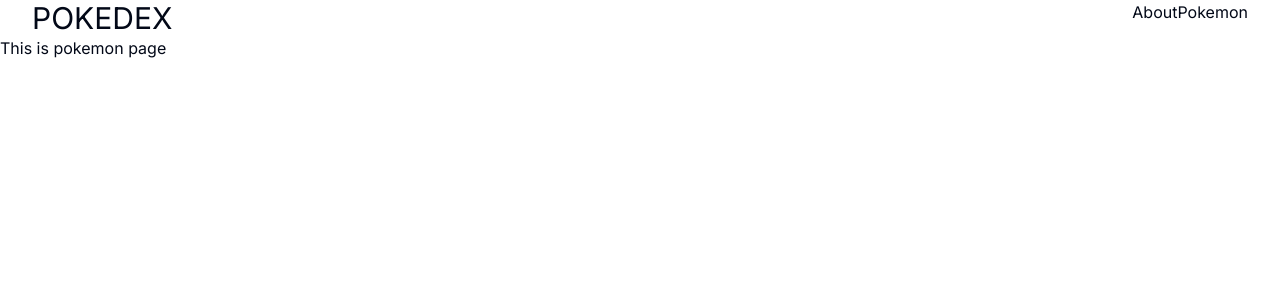
Repository: KilluaProject/pokedex
Page: /pokemon
The author's editor kept a copy of each file at every save. The page is drawn from the files as they stood at one save, then again after the next save.
The browser window is 1280 px wide. The pictures show the whole page.
The project was rebuilt for these pictures with package versions that can differ from the ones it lists, and the page was loaded fresh each time. The framework's server and built-in components were replaced by stand-ins that run in the browser. Also part of the build but not shown: next.config.js.

Above is the page before, as saved 2023-07-01 16:07:16.

After the next save:
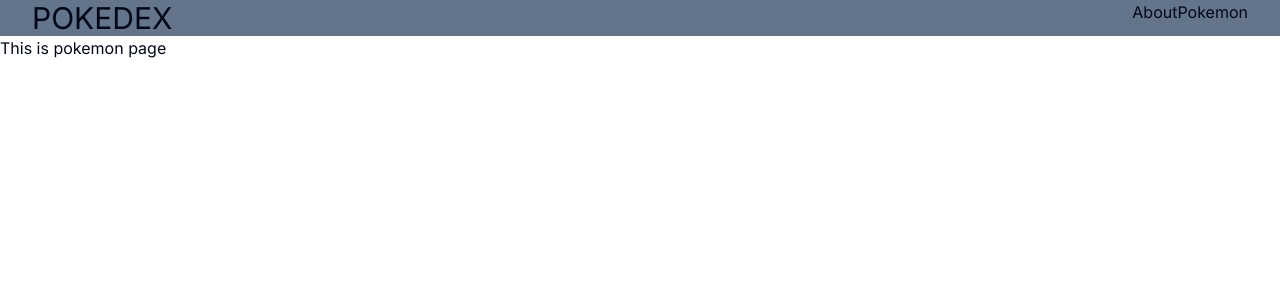
Saved 16 s later.
--- a/components/Navbar.tsx
+++ b/components/Navbar.tsx
@@ -3,7 +3,7 @@
 
 export default function Navbar() {
   return (
-    <div className="flex container justify-between item-center">
+    <div className="flex container justify-between item-center bg-slate-500">
         <Link href="/">
 
         <h1 className="text-3xl">POKEDEX</h1>
